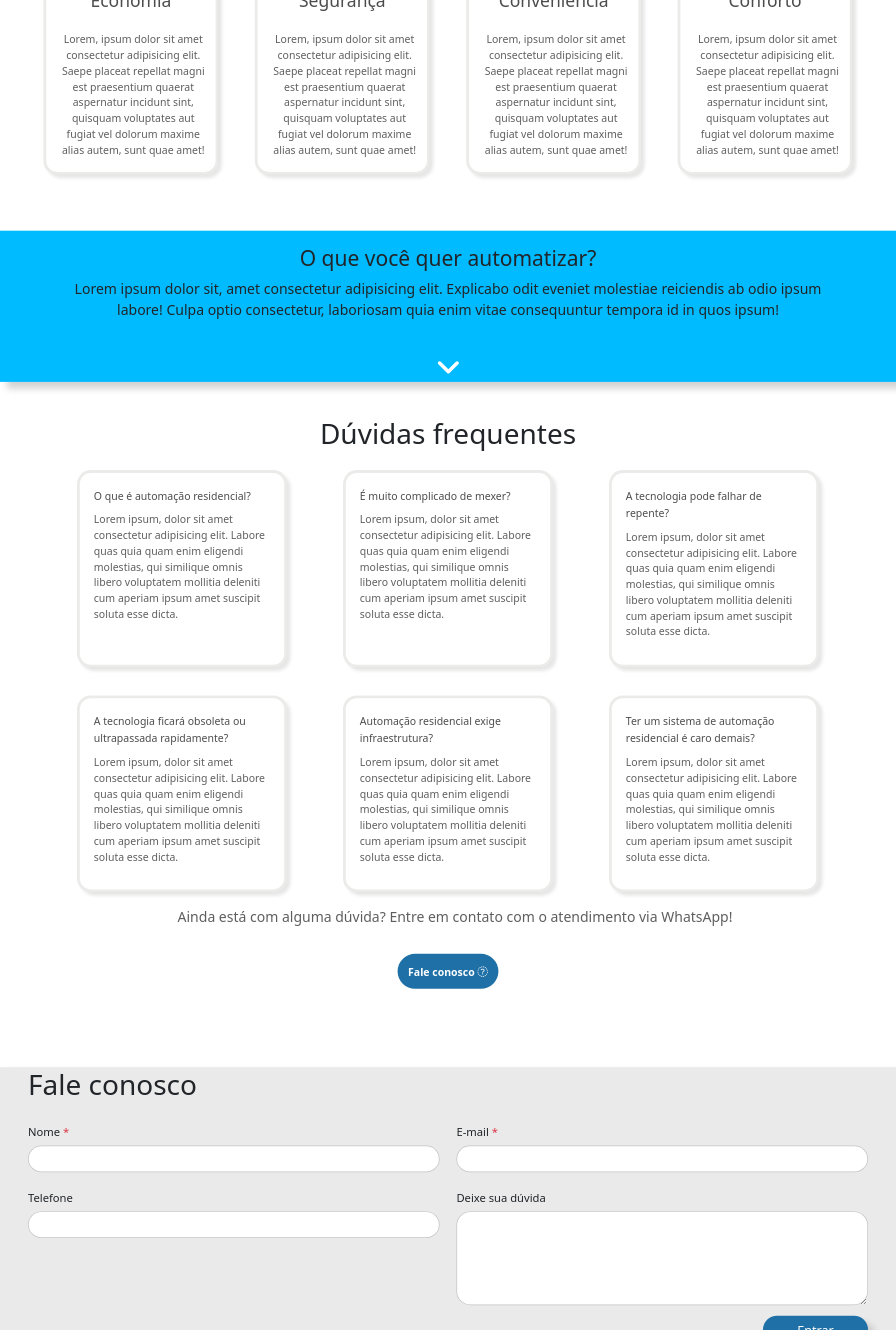
Repository: BulleST/SouHi_Institucional
Page: home.html
An editor plug-in stored every save of this project. The page is shown before and after the next save, followed by the edit.
The browser window is 1280 px wide. The pictures show the part of the page from y = 1121 to 3021 px (the page is 3725 px tall before and 3785 px after), at 70% of full size.
A picture or video elsewhere on the page could not be fetched, so the positions and the page height are approximate.

Above is the page before, as saved 2022-10-28 17:02:52.

After the next save:
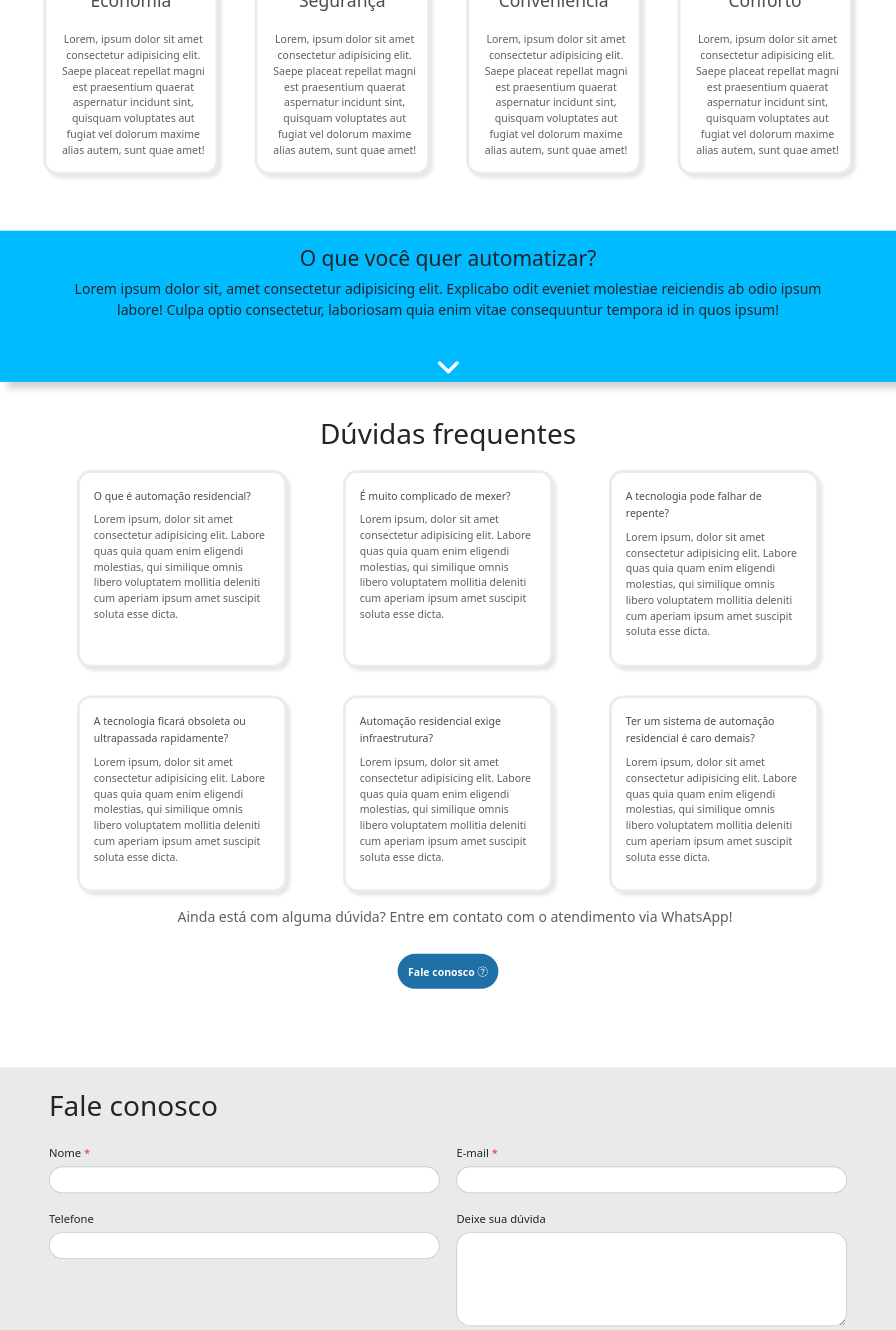
Saved 21 s later.
--- a/home.html
+++ b/home.html
@@ -325,7 +325,8 @@
     </div>
     <section class="container-fale-conosco">
     <div class="wrapper">
-    <div class="form">
+    <div class="fale-conosco">
+      <div class="form">
       <h1>Fale conosco</h1>
       <form action="">
         <div class="row">
@@ -351,6 +352,7 @@
         <div class="form-group d-flex justify-content-end ">
           <button type="submit" class=" botao-fale-conosco">Entrar</button>
         </div>
+      </div>
 
         <div class="bg-img">
           <img src="img/pexels-liza-summer-6347719.jpg" alt="">
